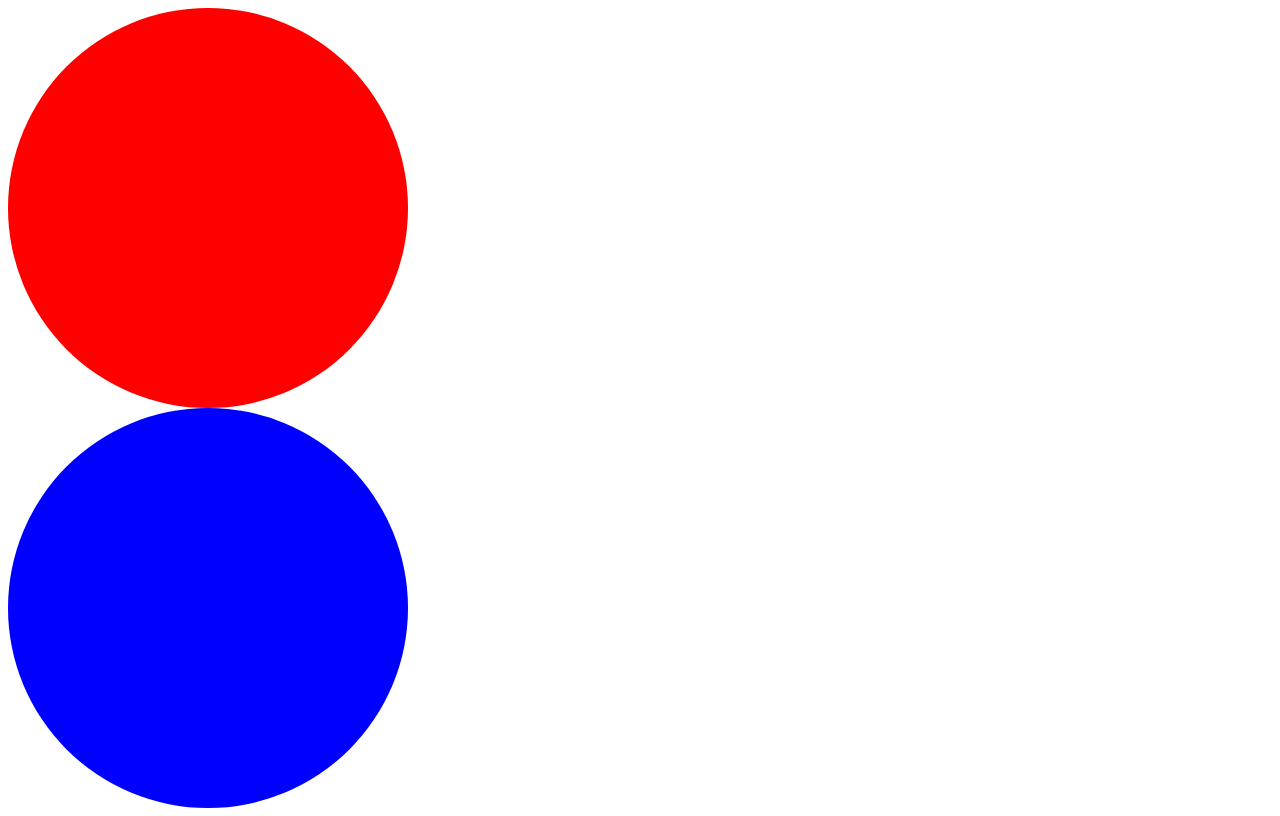
Repository: dovanluyen1996/Test-Git-PR
Page: index.html
An editor plug-in stored every save of this project. The page is shown before and after the next save, followed by the edit.
The browser window is 1280 px wide. The pictures show the whole page.

Above is the page before, as saved 2021-09-06 23:11:10.

### index.html
<!DOCTYPE html>
<html lang="en">
  <head>
    <meta charset="UTF-8" />
    <meta http-equiv="X-UA-Compatible" content="IE=edge" />
    <meta name="viewport" content="width=device-width, initial-scale=1.0" />
    <title>TestVsCode</title>
    <link rel="stylesheet" href="css/style.css" />
  </head>

  <body>
    <div class="test1"></div>
    <div class="im-center"></div>
    <div class="test2"></div>
  </body>
</html>

### css/style.css
body {
}
.container {
  max-width: 1200px;
  margin: 0 auto;
}
.test1 {
  width: 400px;
  height: 400px;
  background-color: red;
  border-radius: 50%;
}
.test2 {
  width: 400px;
  height: 400px;
  background-color: blue;
  border-radius: 50%;
}

After the next save:
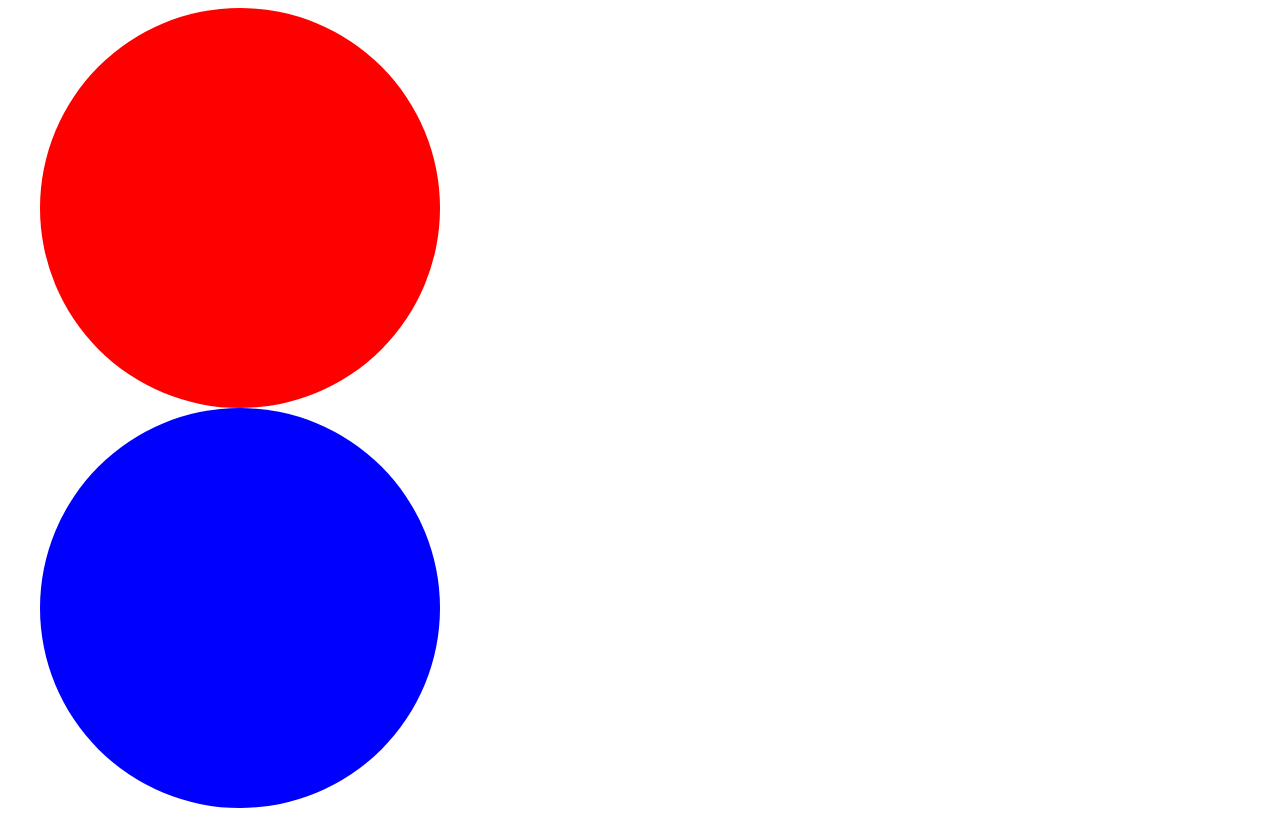
Saved 25 s later.
--- a/index.html
+++ b/index.html
@@ -9,8 +9,10 @@
   </head>
 
   <body>
-    <div class="test1"></div>
+    <div class="container">
+      <div class="test1"></div>
+      <div class="test2"></div>
+    </div>
     <div class="im-center"></div>
-    <div class="test2"></div>
   </body>
 </html>
